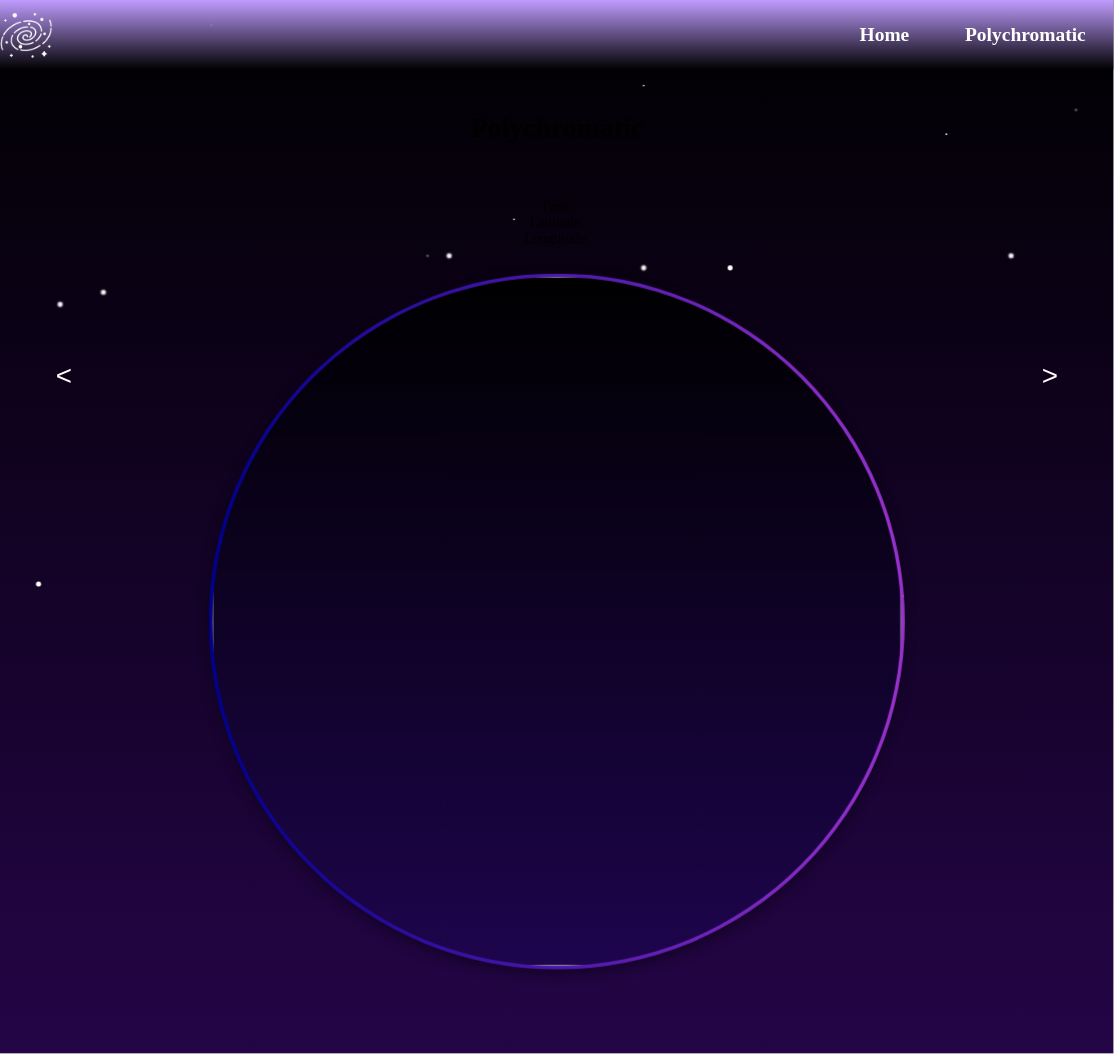
Repository: KayceeNguyen/DAI_W07_NASA
Page: /polychromatic
These files come from the project's save history. The page is drawn as it stood at one moment and after the next save; the edit follows.
The browser window is 1280 px wide. The pictures show the whole page, at 87% of full size.
The page's requests for data from a server got no answer. The project was rebuilt for these pictures with package versions that can differ from the ones it lists, and the page was loaded fresh each time. The framework's server and built-in components were replaced by stand-ins that run in the browser. No one was signed in, and anything a server would have sent is missing. Also part of the build but not shown: next.config.js.

Above is the page before, as saved 2023-02-17 01:33:07.

### pages/polychromatic.js
import { useEffect, useState } from "react"
import axios from "axios";
import Image from "next/image";
import styles from '@/styles/Home.module.css'
import HeaderBar from '@/comps/header'
import Galaxy from '@/comps/galaxy'
import Head from 'next/head'

export default function Polychromatic() {

    const [image, setImage] = useState([]);
    const [images, setImages] = useState([]);
    const [time, setTime] = useState([]);
    const [date, setDate] = useState('');
    const [coords, setCoords] = useState({})

    const [active, setActive] = useState(false);

    const [currentIndex, setCurrentIndex] = useState(0);

    const apiKey = "qO706hvtrjKPLwTwuCZ9XYxHnUPvhtQHSM6Ncmu8";
    const url = `https://epic.gsfc.nasa.gov/api/natural?api_key=${apiKey}`

    const getPolychromaticData = async () => {
        const res = await axios.get(url);
        const data = await res.data;
        console.log(data)

        const caption = data[currentIndex].caption;
        const date = data[currentIndex].date.split(" ")[0];


        const date_formatted = date.replaceAll("-","/")
        console.log(date_formatted);

        let times = [];
        let images = [];

    for (let i = 0; i < data.length; i++) {
    let time = data[i].date.split(" ")[1];
    let coords = data[i].centroid_coordinates;
    let imagePath = data[i].image;
    let image = `https://epic.gsfc.nasa.gov/archive/natural/${date_formatted}/png/${imagePath}.png`;

    times.push(time);

    images.push({
        image: image,
        time: time,
        coords: coords,
        caption: caption
    });
}

    setImages(images);
    setTime(times[0]);
    setCoords([images[0].coords.lat, images[0].coords.lon]);
    setImage(images[currentIndex]);

}

    useEffect(() => {
        getPolychromaticData();
    }, [currentIndex]);

    const nextImage = () => {
        setCurrentIndex((currentIndex + 1) % images.length);
    };

    const prevImage = () => {
        setCurrentIndex(
          currentIndex === 0 ? images.length - 1 : currentIndex - 1
        );
    };

    const handleImageLoad = () => {
        setActive(true);
      }

    return(
        <>

        <Head>
          <title>NASA TechPort & EPIC API</title>
          <meta name="description" content="The website showcases NASA's technologies using the TechPort and PIC API and offers daily full disc imagery of the Earth and unique astronomical events. Users can discover the technologies NASA is developing in propulsion, nanotechnology, robotics, and human health while enjoying stunning images of the universe." />
          <meta name="viewport" content="width=device-width, initial-scale=1" />
          <link rel="icon" href="/galaxy.png" />
        </Head>

            <HeaderBar />

            <Galaxy />



            <main className={styles.main}>
                <h1>Polychromatic</h1>
                <div className={styles.arrowContainer}>
                        <button className={styles.arrow} onClick={prevImage}>
                            &lt;
                        </button>
                        <button className={styles.arrow} onClick={nextImage}>
                            &gt;
                        </button>
                    </div>
                <div className={styles.bigEarthContainer}>
                    <div className={styles.bigEarthText}>
                        <div>Time: {image.time}</div>
                        <div>Latiitude: {coords[0]}</div>
                        <div>Longtitude: {coords[1]}</div>
                    </div>

                    <Image
                        src={image.image}
                        alt={image.caption}
                        width={800}
                        height={800}
                        className={`${styles.earthImage} ${active ? styles.active : ''}`}
                        onLoad={handleImageLoad}

                    />

                    {/* <div onClick={nextImage} className={styles.arrow}>
                        {">"}
                    </div> */}

                </div>




                {/* <table>
                    <thead>
                        <tr>
                            <th>Time</th>
                            <th>Latitude</th>
                            <th>Longtitude</th>
                            <th>Image</th>
                            <th></th>
                        </tr>
                    </thead>

                    <tbody>
                        {
                            images.map((e, i) => {
                                return (
                                    <tr key={i}>
                                        <td>{e.time}</td>
                                        <td>{e.coords.lat}</td>
                                        <td>{e.coords.lon}</td>
                                        <td>
                                            <Image
                                                src={e.image}
                                                alt={i}
                                                width={200}
                                                height={200}
                                            />
                                        </td>

                                        <td>
                                            <button onClick={() => {
                                                setImage(e.image)
                                                setTime(e.time)
                                                setCoords([e.coords.lat, e.coords.lon])
                                                console.log(image[i].image)
                                                document.body.scrollIntoView();

                                            }}>View</button>
                                        </td>
                                    </tr>
                                )
                            })
                        }
                    </tbody>
                </table> */}
            </main>
        </>
    )
}

### styles/Home.module.css
.main {
  display: flex;
  flex-direction: column;
  justify-content: space-between;
  align-items: center;
  padding: 6rem;
  min-height: 100vh;
  background: linear-gradient(180deg, rgb(0, 0, 0) 0%, rgb(36, 5, 71) 100%);
  animation: Gradient 10s ease infinite; /* Animate the gradient */
  -webkit-animation: Gradient 8s ease infinite;
	-moz-animation: Gradient 8s ease infinite;
}

@-webkit-keyframes Gradient {
  0%{background-position:0% 50%}
  50%{background-position:100% 50%}
  100%{background-position:0% 50%}
}
@-moz-keyframes Gradient {
  0%{background-position:0% 50%}
  50%{background-position:100% 50%}
  100%{background-position:0% 50%}
}
@keyframes Gradient {
  0%{background-position:0% 50%}
  50%{background-position:100% 50%}
  100%{background-position:0% 50%}
}

.description {
  display: inherit;
  justify-content: inherit;
  align-items: inherit;
  font-size: 0.85rem;
  max-width: var(--max-width);
  width: 100%;
  z-index: 2;
  font-family: var(--font-mono);
}

.description a {
  display: flex;
  justify-content: center;
  align-items: center;
  gap: 0.5rem;
}

.description p {
  position: relative;
  margin: 0;
  padding: 1rem;
  background-color: rgba(var(--callout-rgb), 0.5);
  border: 1px solid rgba(var(--callout-border-rgb), 0.3);
  border-radius: var(--border-radius);
}

.code {
  font-weight: 700;
  font-family: var(--font-mono);
}

.grid {
  display: grid;
  grid-template-columns: repeat(4, minmax(25%, auto));
  width: var(--max-width);
  max-width: 100%;
}

.card {
  padding: 1rem 1.2rem;
  border-radius: var(--border-radius);
  background: rgba(var(--card-rgb), 0);
  border: 1px solid rgba(var(--card-border-rgb), 0);
  transition: background 200ms, border 200ms;
}

.card span {
  display: inline-block;
  transition: transform 200ms;
}

.card h2 {
  font-weight: 600;
  margin-bottom: 0.7rem;
}

.card p {
  margin: 0;
  opacity: 0.6;
  font-size: 0.9rem;
  line-height: 1.5;
  max-width: 30ch;
}

.center {
  display: flex;
  justify-content: center;
  align-items: center;
  position: relative;
  padding: 4rem 0;
}

.center::before {
  background: var(--secondary-glow);
  border-radius: 50%;
  width: 480px;
  height: 360px;
  margin-left: -400px;
}

.center::after {
  background: var(--primary-glow);
  width: 240px;
  height: 180px;
  z-index: -1;
}

.center::before,
.center::after {
  content: '';
  left: 50%;
  position: absolute;
  filter: blur(45px);
  transform: translateZ(0);
}

.logo,
.thirteen {
  position: relative;
}

.thirteen {
  display: flex;
  justify-content: center;
  align-items: center;
  width: 75px;
  height: 75px;
  padding: 25px 10px;
  margin-left: 16px;
  transform: translateZ(0);
  border-radius: var(--border-radius);
  overflow: hidden;
  box-shadow: 0px 2px 8px -1px #0000001a;
}

.thirteen::before,
.thirteen::after {
  content: '';
  position: absolute;
  z-index: -1;
}

/* Conic Gradient Animation */
.thirteen::before {
  animation: 6s rotate linear infinite;
  width: 200%;
  height: 200%;
  background: var(--tile-border);
}

/* Inner Square */
.thirteen::after {
  inset: 0;
  padding: 1px;
  border-radius: var(--border-radius);
  background: linear-gradient(
    to bottom right,
    rgba(var(--tile-start-rgb), 1),
    rgba(var(--tile-end-rgb), 1)
  );
  background-clip: content-box;
}

/* Enable hover only on non-touch devices */
@media (hover: hover) and (pointer: fine) {
  .card:hover {
    background: rgba(var(--card-rgb), 0.1);
    border: 1px solid rgba(var(--card-border-rgb), 0.15);
  }

  .card:hover span {
    transform: translateX(4px);
  }
}

@media (prefers-reduced-motion) {
  .thirteen::before {
    animation: none;
  }

  .card:hover span {
    transform: none;
  }
}

/* Mobile */
@media (max-width: 700px) {
  .content {
    padding: 4rem;
  }

  .grid {
    grid-template-columns: 1fr;
    margin-bottom: 120px;
    max-width: 320px;
    text-align: center;
  }

  .card {
    padding: 1rem 2.5rem;
  }

  .card h2 {
    margin-bottom: 0.5rem;
  }

  .center {
    padding: 8rem 0 6rem;
  }

  .center::before {
    transform: none;
    height: 300px;
  }

  .description {
    font-size: 0.8rem;
  }

  .description a {
    padding: 1rem;
  }

  .description p,
  .description div {
    display: flex;
    justify-content: center;
    position: fixed;
    width: 100%;
  }

  .description p {
    align-items: center;
    inset: 0 0 auto;
    padding: 2rem 1rem 1.4rem;
    border-radius: 0;
    border: none;
    border-bottom: 1px solid rgba(var(--callout-border-rgb), 0.25);
    background: linear-gradient(
      to bottom,
      rgba(var(--background-start-rgb), 1),
      rgba(var(--callout-rgb), 0.5)
    );
    background-clip: padding-box;
    backdrop-filter: blur(24px);
  }

  .description div {
    align-items: flex-end;
    pointer-events: none;
    inset: auto 0 0;
    padding: 2rem;
    height: 200px;
    background: linear-gradient(
      to bottom,
      transparent 0%,
      rgb(var(--background-end-rgb)) 40%
    );
    z-index: 1;
  }
}

/* Tablet and Smaller Desktop */
@media (min-width: 701px) and (max-width: 1120px) {
  .grid {
    grid-template-columns: repeat(2, 50%);
  }
}

@media (prefers-color-scheme: dark) {
  .vercelLogo {
    filter: invert(1);
  }

  .logo,
  .thirteen img {
    filter: invert(1) drop-shadow(0 0 0.3rem #ffffff70);
  }
}

@keyframes rotate {
  from {
    transform: rotate(360deg);
  }
  to {
    transform: rotate(0deg);
  }
}






/**************** HEADER STYLING ****************/



.header {
  position: fixed;
  z-index: 1;
  width: 100vw;
  display: flex;
  justify-content: center;
  align-items: center;
  height: 5rem;
  background: linear-gradient(180deg, rgb(191, 156, 255) 0%, rgba(0, 0, 0, 0.5) 100%);
  box-shadow: 0 2px 4px rgba(0, 0, 0, 0.1);
}

.headerIcon {
  filter: brightness(0) invert(1);
}

.nav {
  display: flex;
  justify-content: space-between;
  align-items: center;
  width: 100%;
  max-width: 80rem;
}

.navList {
  display: flex;
  list-style: none;
  margin: 0;
  padding: 0;
}

.navItem {
  margin-right: 2rem;
  margin-left: 2em;
}

/* .navItem > a > div.navLink:active {
  text-decoration: underline;
} */

.navLink {
  font-size: 1.4rem;
  font-weight: 600;
  color: #ffffff;
  text-decoration: none;
  transition: color 0.2s;
}

.navLink:hover {
  color: #fff644;
}




/**************** MAIN STYLING ****************/




.main {
  display: flex;
  flex-direction: column;
  justify-content: center;
  align-items: center;
  justify-items: center;
}




.main > h1 {
  padding: 1em 2em 2em 2em;
}

.bigCont {
  text-align: center;
}


/**************** CAROUSEL STYLING ****************/


.carousel {
  display: flex;
  justify-content: center;
  align-items: center;
  width: 100%;
  max-width: 800px;
  margin: 0 auto;
}

.carouselArrow {
  font-size: 2rem;
  color: rgb(255, 255, 255);
  cursor: pointer;
  background-color:transparent;
  border: 2px solid rgb(255, 255, 255, 1);
  width: 50px;
  height: 50px;
  border-radius: 50%;
  display: inline-flex;
  align-items: center;
  justify-content: center;
}

.carouselArrow:hover {
  color: rgb(31, 0, 54);
  box-shadow: 0 4px 6px rgba(255, 255, 255, 0.6);
  background-color:rgba(255, 255, 255, 0.8) ;
  transition: all 0.2s ease;
}

.carouselArrow:hover:after {
  left: 0;
  width: 100%;
}

.carouselArrow:active {
  top: 20px;
}

.carouselImageContainer {
  margin: 0 2rem;
  width: 400px;
  height: 400px;
  position: relative;
}

.carouselImageContainer img {
  position: absolute;
  top: 0;
  left: 0;
  width: 100%;
  height: 100%;
  object-fit: contain;
}

.imageCont {
  position: absolute;
  top: 0;
  opacity: 0.4;
  width: 100%;
  height: 100%;
  transition: opacity 1.5s ease;
}

.imageCont.active {
  opacity: 1;
}


/* @keyframes slide {
  100% { left: 0; }
}

@keyframes slide-in {
  100% { transform: translateX(0%); }
}

@-webkit-keyframes slide-in {
  100% { -webkit-transform: translateX(0%); }
}

@keyframes slide-out {
  0% { transform: translateX(0%); }
  100% { transform: translateX(-100%); }
}

@-webkit-keyframes slide-out {
  0% { -webkit-transform: translateX(0%); }
  100% { -webkit-transform: translateX(-100%); }
} */


/**************** GALAXY BG STYLING ****************/




.galaxyCont {
  width: 100vw;
  height: 100%;
  display: flex;
  justify-content: center;
  align-items: center;
}


.galaxy {

  position: fixed;
  height: 1px;
  width: 1px;
  background-color: #fff;
  border-radius: 50%;
  box-shadow: -42vw -4vh 0px 0px #fff,25vw -41vh 0px 0px #fff,-20vw 49vh 0px 1px #fff,5vw 40vh 1px 1px #fff,29vw 19vh 1px 0px #fff,-44vw -13vh 0px 0px #fff,46vw 41vh 0px 1px #fff,-3vw -45vh 0px 1px #fff,47vw 35vh 1px 0px #fff,12vw -8vh 1px 0px #fff,-34vw 48vh 1px 1px #fff,32vw 26vh 1px 1px #fff,32vw -41vh 1px 1px #fff,0vw 37vh 1px 1px #fff,34vw -26vh 1px 0px #fff,-14vw -49vh 1px 0px #fff,-12vw 45vh 0px 1px #fff,-44vw -33vh 0px 1px #fff,-13vw 41vh 0px 0px #fff,-36vw -11vh 0px 1px #fff,-23vw -24vh 1px 0px #fff,-38vw -27vh 0px 1px #fff,16vw -19vh 0px 0px #fff,28vw 33vh 1px 0px #fff,-49vw -4vh 0px 0px #fff,16vw 32vh 0px 1px #fff,36vw -18vh 1px 0px #fff,-25vw -30vh 1px 0px #fff,-23vw 24vh 0px 1px #fff,-2vw -35vh 1px 1px #fff,-25vw 9vh 0px 0px #fff,-15vw -34vh 0px 0px #fff,-8vw -19vh 1px 0px #fff,-20vw -20vh 1px 1px #fff,42vw 50vh 0px 1px #fff,-32vw 10vh 1px 0px #fff,-23vw -17vh 0px 0px #fff,44vw 15vh 1px 0px #fff,-40vw 33vh 1px 1px #fff,-43vw 8vh 0px 0px #fff,-48vw -15vh 1px 1px #fff,-24vw 17vh 0px 0px #fff,-31vw 50vh 1px 0px #fff,36vw -38vh 0px 1px #fff,-7vw 48vh 0px 0px #fff,15vw -32vh 0px 0px #fff,29vw -41vh 0px 0px #fff,2vw 37vh 1px 0px #fff,7vw -40vh 1px 1px #fff,15vw 18vh 0px 0px #fff,25vw -13vh 1px 1px #fff,-46vw -12vh 1px 1px #fff,-18vw 22vh 0px 0px #fff,23vw -9vh 1px 0px #fff,50vw 12vh 0px 1px #fff,45vw 2vh 0px 0px #fff,14vw -48vh 1px 0px #fff,23vw 43vh 0px 1px #fff,-40vw 16vh 1px 1px #fff,20vw -31vh 0px 1px #fff,-17vw 44vh 1px 1px #fff,18vw -45vh 0px 0px #fff,33vw -6vh 0px 0px #fff,0vw 7vh 0px 1px #fff,-10vw -18vh 0px 1px #fff,-19vw 5vh 1px 0px #fff,1vw 42vh 0px 0px #fff,22vw 48vh 0px 1px #fff,39vw -8vh 1px 1px #fff,-6vw -42vh 1px 0px #fff,-47vw 34vh 0px 0px #fff,-46vw 19vh 0px 1px #fff,-12vw -32vh 0px 0px #fff,-45vw -38vh 0px 1px #fff,-28vw 18vh 1px 0px #fff,-38vw -46vh 1px 1px #fff,49vw -6vh 1px 1px #fff,-28vw 18vh 1px 1px #fff,10vw -24vh 0px 1px #fff,-5vw -11vh 1px 1px #fff,33vw -8vh 1px 0px #fff,-16vw 17vh 0px 0px #fff,18vw 27vh 0px 1px #fff,-8vw -10vh 1px 1px #fff;

/* stars were too big with the layers above but left the code in case no one cares  -- as in, if noone's just that  one other loner who actually cares    */

  box-shadow: 24vw 9vh 1px 0px #fff,12vw -24vh 0px 1px #fff,-45vw -22vh 0px 0px #fff,-37vw -40vh 0px 1px #fff,29vw 19vh 0px 1px #fff,4vw -8vh 0px 1px #fff,-5vw 21vh 1px 1px #fff,-27vw 26vh 1px 1px #fff,-47vw -3vh 1px 1px #fff,-28vw -30vh 0px 1px #fff,-43vw -27vh 0px 1px #fff,4vw 22vh 1px 1px #fff,36vw 23vh 0px 0px #fff,-21vw 24vh 1px 1px #fff,-16vw 2vh 1px 0px #fff,-16vw -6vh 0px 0px #fff,5vw 26vh 0px 0px #fff,-34vw 41vh 0px 0px #fff,1vw 42vh 1px 1px #fff,11vw -13vh 1px 1px #fff,48vw -8vh 1px 0px #fff,22vw -15vh 0px 0px #fff,45vw 49vh 0px 0px #fff,43vw -27vh 1px 1px #fff,20vw -2vh 0px 0px #fff,8vw 22vh 0px 1px #fff,39vw 48vh 1px 1px #fff,-21vw -11vh 0px 1px #fff,-40vw 45vh 0px 1px #fff,11vw -30vh 1px 0px #fff,26vw 30vh 1px 0px #fff,45vw -29vh 0px 1px #fff,-2vw 18vh 0px 0px #fff,-29vw -45vh 1px 0px #fff,-7vw -27vh 1px 1px #fff,42vw 24vh 0px 0px #fff,45vw -48vh 1px 0px #fff,-36vw -18vh 0px 0px #fff,-44vw 13vh 0px 1px #fff,36vw 16vh 0px 1px #fff,40vw 24vh 0px 0px #fff,18vw 11vh 0px 0px #fff,-15vw -23vh 1px 0px #fff,-24vw 48vh 0px 1px #fff,27vw -45vh 1px 0px #fff,-2vw -24vh 0px 1px #fff,-15vw -28vh 0px 0px #fff,-43vw 13vh 1px 0px #fff,7vw 27vh 1px 0px #fff,47vw 5vh 0px 0px #fff,-45vw 15vh 1px 1px #fff,-5vw -28vh 0px 1px #fff,38vw 25vh 1px 1px #fff,-39vw -1vh 1px 0px #fff,5vw 0vh 1px 0px #fff,49vw 13vh 0px 0px #fff,48vw 10vh 0px 1px #fff,19vw -28vh 0px 0px #fff,4vw 7vh 0px 0px #fff,21vw 21vh 1px 1px #fff,-15vw -15vh 0px 1px #fff,-6vw -42vh 1px 0px #fff,-15vw 48vh 1px 1px #fff,-23vw 25vh 1px 1px #fff,-48vw 25vh 0px 1px #fff,-31vw -19vh 0px 1px #fff,4vw 37vh 1px 1px #fff,-43vw 28vh 0px 0px #fff,3vw -25vh 0px 1px #fff,-39vw 14vh 0px 1px #fff,-40vw 31vh 0px 1px #fff,35vw -36vh 1px 1px #fff,16vw 49vh 0px 0px #fff,6vw 39vh 0px 0px #fff,3vw -35vh 0px 1px #fff,-44vw -2vh 1px 0px #fff,-6vw 21vh 1px 0px #fff,48vw 9vh 1px 1px #fff,-43vw 30vh 1px 1px #fff,29vw -12vh 1px 1px #fff,-48vw 13vh 1px 0px #fff,-42vw 32vh 1px 1px #fff,34vw 15vh 1px 1px #fff,29vw -37vh 1px 1px #fff,28vw 2vh 0px 0px #fff;
  animation: zoom 8s alternate infinite, blink-animation 2s steps(5, start) infinite;
}

@keyframes zoom {
    0%{
        transform: scale(1);
    }
    100%{
        transform: scale(2);
    }
}

@keyframes blink-animation {
  to {
    visibility: hidden;
  }
}
@-webkit-keyframes blink-animation {
  to {
    visibility: hidden;
  }
}




/**************** GALAXY BG STYLING ****************/


.bigEarthText {
  display: flex;
  flex-direction: column;
  align-items: center;
}









/* styles for the spinning animation */
@keyframes spin {
  from {
    transform: rotateY(0deg);
    opacity: 1;
  }
  to {
    transform: rotateY(360deg);
    opacity: 1;
  }
}


/* styles for the main section with the big Earth image */
.bigEarthContainer {
  display: flex;
  flex-direction: column;
  align-items: center;
  justify-content: center;
  position: relative;
}

/* styles for the previous/next arrow buttons */
.arrowContainer {
  position: absolute;
  top: 60%;
  transform: translateY(-50%);
  display: flex;
  justify-content: space-between;
  width: 100%;
  padding: 4rem;
  box-sizing: border-box;
}

.arrow {
  background-color: transparent;
  border: none;
  color: white;
  font-size: 2rem;
  cursor: pointer;
  outline: none;
  visibility: visible;
}

.arrow:hover {
  transform:scale(1.05);
  background-color:transparent;
  color:#E94751;
  border:2px solid #E94751;
}



.earthImage {
  width: 800px;
  height: 800px;
  object-fit: cover;

  /* opacity: 0.4; */
  /* animation: spin 10s ease-in-out; */
  /* opacity: 0; */

  border-radius: 50%;
  background: linear-gradient(rgb(0, 0, 0), rgb(30, 5, 77)) padding-box,
              linear-gradient(to right, darkblue, darkorchid) border-box;
  border: 4px solid transparent;
  /* transition: opacity 4s ease; */

  animation: float 6s ease-in-out infinite;
}

@keyframes float {
	0% {
		box-shadow: 0 5px 15px 0px rgba(0,0,0,0.4);
		transform: translatey(0px);
	}
  50% {
		box-shadow: 0 25px 15px 0px rgba(0,0,0,0.1);
		transform: translatey(-20px);
	}
  100% {
		box-shadow: 0 5px 15px 0px rgba(0,0,0,0.4);
		transform: translatey(0px);
	}
}

/* styles for the image that shows the Earth */
.earthImage.active {
    opacity: 1;
}


/* @keyframes opacity {
  from {
    opacity: 0.5;
  }
  to {
    opacity: 1;
  }
} */

.bigEarthText {
  padding-bottom: 2em;
}

### comps/header.js
import Link from 'next/link';
import styles from '@/styles/Home.module.css';

const HeaderBar = () => {
  return (
    <header className={styles.header}>
      <nav className={styles.nav}>
      <img
        className={styles.headerIcon}
        src="/galaxy-header.png"
        width="60px"
        onClick={
            ()=>r.push("/")}
        />
        <ul className={styles.navList}>
          <li className={styles.navItem}>
            <a href="/">
              <div className={styles.navLink}>Home</div>
            </a>
          </li>
          <li className={styles.navItem}>
            <a href="/polychromatic">
              <div className={styles.navLink}>Polychromatic</div>
            </a>
          </li>
        </ul>
      </nav>
    </header>
  );
};

export default HeaderBar;

### comps/galaxy.js
import styles from '@/styles/Home.module.css'

export default function Galaxy() {
    return (
        <div className={styles.galaxyCont}>
            <div className={styles.galaxy}></div>
        </div>
    )
}

Loaded but not shown: pages/_app.js (common file); pages/_document.js (common file); styles/globals.css (common file)

After the next save:
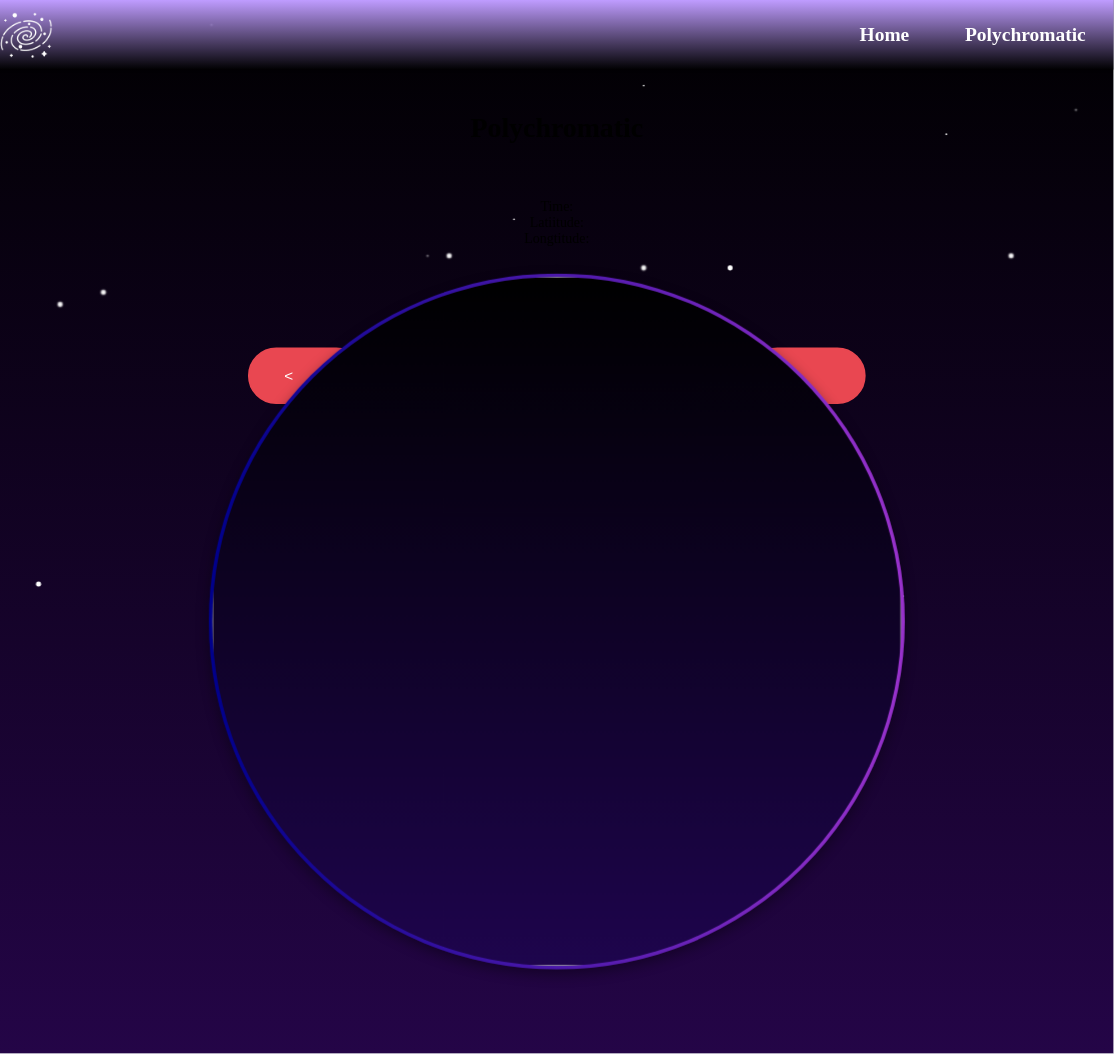
Saved 38 s later.
--- a/styles/Home.module.css
+++ b/styles/Home.module.css
@@ -585,12 +585,14 @@
 }
 
 .arrow {
-  background-color: transparent;
-  border: none;
-  color: white;
-  font-size: 2rem;
+  font-size:1.1em;
+  padding:20px 80px 20px 40px;
+  background-color:#E94751;
+  color:#fff;
+  border-radius:50px;
+  margin: auto;
+  border:2px solid #E94751;
   cursor: pointer;
-  outline: none;
   visibility: visible;
 }
 
